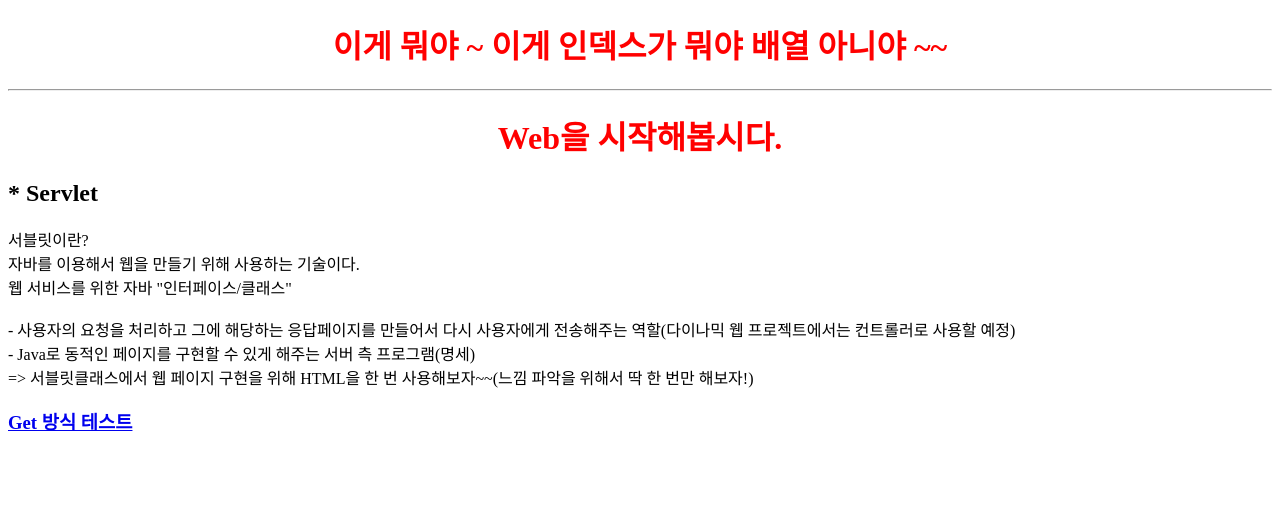
Repository: MiadongDeersfeet/webservice
Page: MyFirstWebProject/src/main/webapp/index.html
The author's editor kept a copy of each file at every save. The page is drawn from the files as they stood at one save, then again after the next save.
The browser window is 1280 px wide. The pictures show the whole page.

Above is the page before, as saved 2025-09-23 02:45:36.

After the next save:
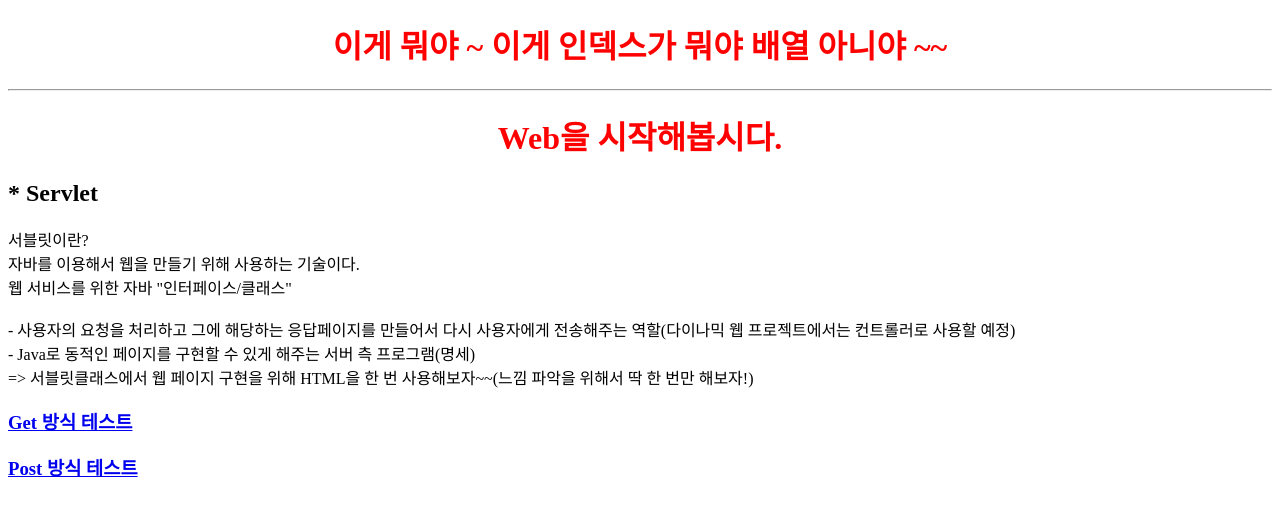
Saved 21 s later.
--- a/MyFirstWebProject/src/main/webapp/index.html
+++ b/MyFirstWebProject/src/main/webapp/index.html
@@ -103,7 +103,7 @@ h1 {
 
 	<h3><a href="views/request_get.html">Get 방식 테스트</a></h3>
 
-	<h3><a href="views/request_post.html>Post 방식 테스트</a></h3>
+	<h3><a href="views/request_post.html">Post 방식 테스트</a></h3>
 
 
 
